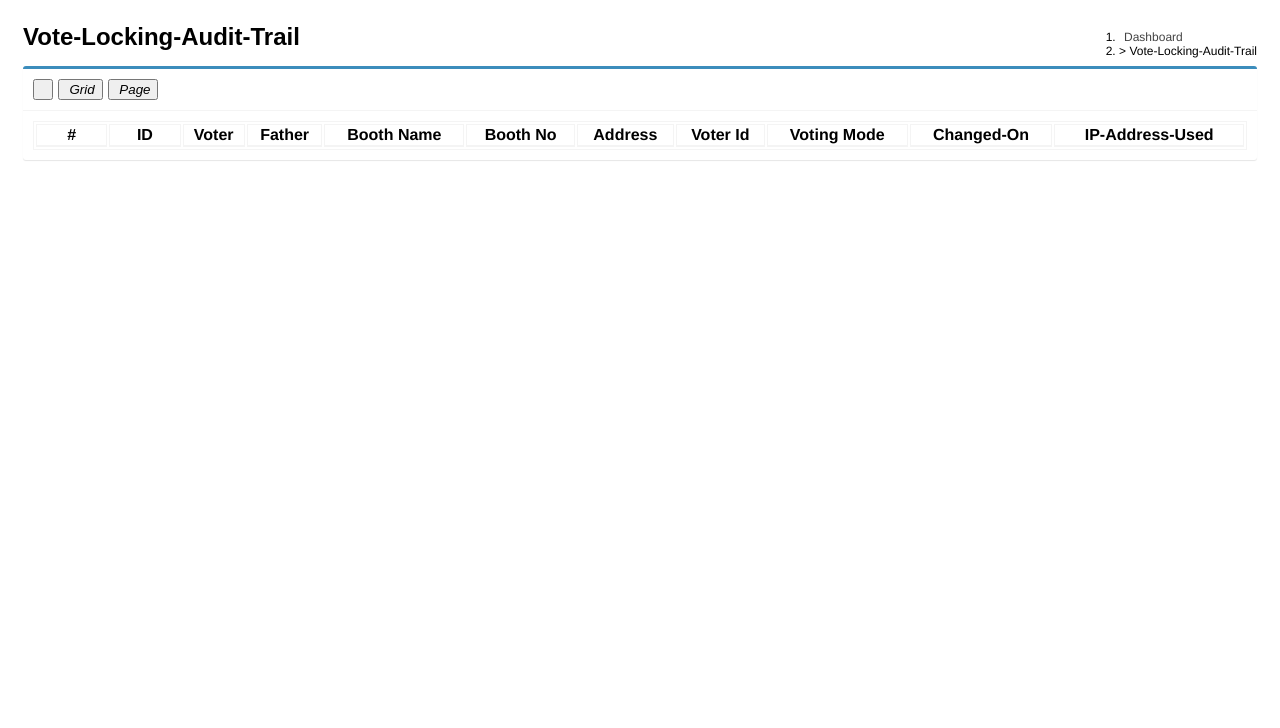
Repository: sanjeev167/IndiaOnLineVoting_3112020
Page: http://localhost/IndiaOnLineVoting/WEB-INF/jsp/voter/voteLockAuditTrail.jsp
The author's editor kept a copy of each file at every save. The page is drawn from the files as they stood at one save, then again after the next save.
The browser window is 1280 px wide. The pictures show the whole page.
The page is served by Tomcat 9. Nobody is signed in. Other server files are loaded and not shown. The template is opened directly, without the code that normally fills it, so the values that code supplies are empty.

Above is the page before, as saved 2020-10-29 13:55:50.

### IndiaOnLineVoting/src/main/webapp/WEB-INF/jsp/voter/voteLockAuditTrail.jsp

<!-- Content Header (Page header) -->
<section class="content-header">
	<h1>Vote-Locking-Audit-Trail</h1>
	<ol class="breadcrumb">
		<li><a href="#"><i class="fa fa-dashboard"></i> Dashboard</a></li>
		<li class="active">Vote-Locking-Audit-Trail</li>
	</ol>
</section>

<!-- Main content -->
<section class="content container-fluid">
	<div class="row">
		<div class="col-md-12">
			<div class="box box-primary ">
				<div class="box-header with-border">

					<div class="box-title">

						<button type="button">
							<i class="fa fa-search searchClass" data-toggle="modal">&nbsp;</i>
						</button>
						<button type="button" id="reloadGrid">
							<i class="fa fa-refresh">&nbsp;Grid</i>
						</button>
						<button type="button" id="refreshGrid">
							<i class="fa fa-refresh">&nbsp;Page</i>
						</button>
					</div>
				</div>

				<div class="box-body ">
					<table id="votersAuditTrailId" width="100%"
						class="table table-striped table-bordered table-hover table-condensed dt-responsive data-table">
						<thead>
							<tr>
								<th width="6%">#</th>
								<th width="6%">ID</th>
								<th>Voter</th>
								<th>Father</th>
								<th>Booth Name</th>
								<th>Booth No</th>
								<th>Address</th>
                                <th>Voter Id</th>
								<th>Voting Mode</th>
								<th>Changed-On</th>
								<th>IP-Address-Used</th>
							</tr>
						</thead>

					</table>
				</div>
				<!-- /.box-body -->
			</div>
			<!-- /.box -->
		</div>
		<!-- /.col -->
	</div>
</section>
<!-- /.content -->


<!-- jQuery 3  -->
<script
	src="https://ajax.googleapis.com/ajax/libs/jquery/3.4.1/jquery.min.js"></script>
<script
	src="https://maxcdn.bootstrapcdn.com/bootstrap/3.4.0/js/bootstrap.min.js"></script>


<!-- Theme style -->
<link rel="stylesheet" href="${contextPath}/resources/assets/dist/css/AdminLTE.min.css">
<script>
$(function () {

	//## Code for loading grid ##
	var t;
	function loadGrid(voterId) {
		t = $('#cityId').DataTable(
				{
					"responsive": true,
					"retrieve" : true,// used for refreshing
					"bAutoWidth" : true,
					//"scrollY" : '110vh',
					//"scrollCollapse" : true,
					"lengthMenu" : [ 5, 10, 15, 20 ],
					"processing" : true,
					"serverSide" : true,
					"ordering" : true,
					"searching" : true,
					"aaSorting" : [ [ 3, "asc" ], [ 4, "asc" ], [ 4, "asc" ] ],
					"ajax" : {

						"url" : "paginated?voterId=" + voterId,

						"type" : "POST",
					},

					"columns" : [
						{
							"searchable" : false,
							"orderable" : false,
							"targets" : 0,
							"render" : function(data, type, full, meta) {
								return meta.row + 1;// Will send row index
							}
						},


						{
							"data" : "id",
							"name" : "ID",
							"title" : "ID",
							"searchable" : false,
							"bVisible" : false, // used for hiding a column
						},
						{
							"data" : "Voter",
							"name" : "voter",
							"title" : "Voter"
						},
						{
							"data" : "father",
							"name" : "father",
							"title" : "Father"
						},
						{
							"data" : "boothName",
							"name" : "boothName",
							"title" : "Booth Name"
						},
						{
							"data" : "boothNo",
							"name" : "boothNo",
							"title" : "Booth No"
						},
						{
							"data" : "address",
							"name" : "address",
							"title" : "Address"
						},
						{
							"data" : "voterId",
							"name" : "voterId",
							"title" : "Voter Id"
						},
						{
							"data" : "changedOn",
							"name" : "changedOn",
							"title" : "Changed-On"
						},
						{
							"data" : "ipAdd",
							"name" : "ipAdd",
							"title" : "IP"
						}

						]
				});


	}// End of loading grid



});
</script>

Loaded but not shown: IndiaOnLineVoting/src/main/webapp/resources/assets/dist/css/AdminLTE.min.css (library)

After the next save:
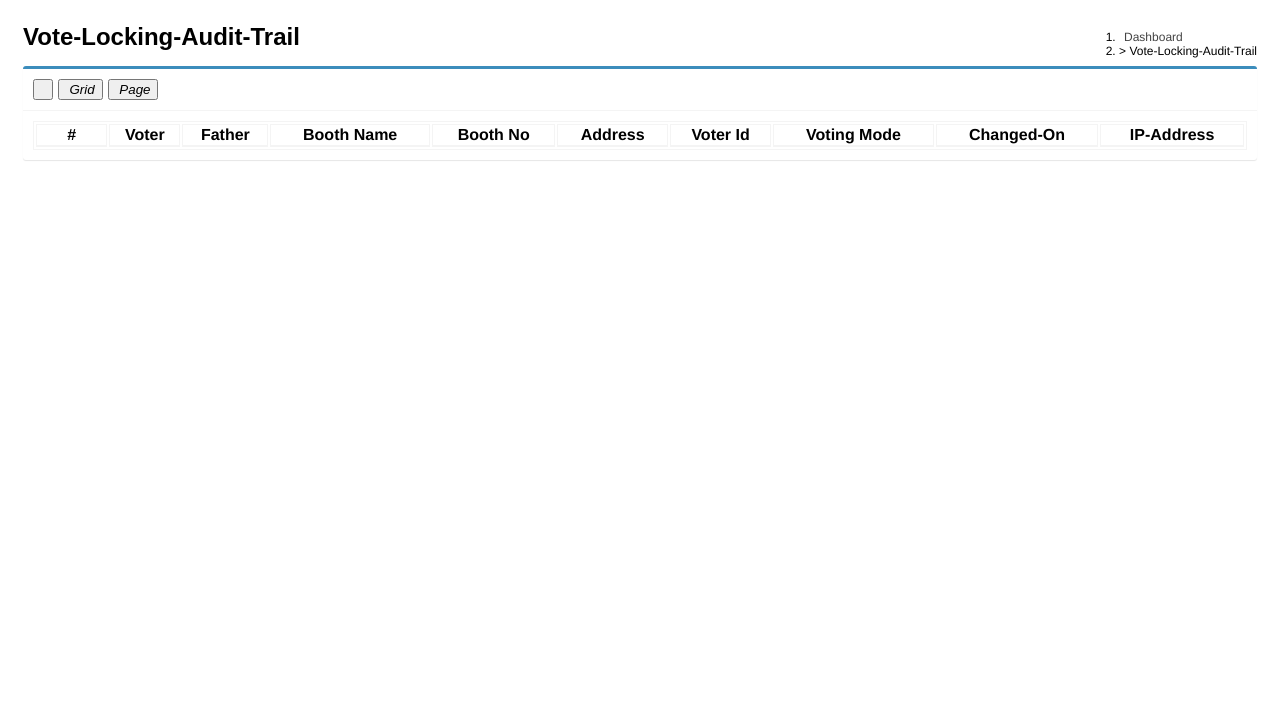
Saved 106 s later.
--- a/IndiaOnLineVoting/src/main/webapp/WEB-INF/jsp/voter/voteLockAuditTrail.jsp
+++ b/IndiaOnLineVoting/src/main/webapp/WEB-INF/jsp/voter/voteLockAuditTrail.jsp
@@ -35,7 +35,6 @@
 						<thead>
 							<tr>
 								<th width="6%">#</th>
-								<th width="6%">ID</th>
 								<th>Voter</th>
 								<th>Father</th>
 								<th>Booth Name</th>
@@ -44,7 +43,7 @@
                                 <th>Voter Id</th>
 								<th>Voting Mode</th>
 								<th>Changed-On</th>
-								<th>IP-Address-Used</th>
+								<th>IP-Address</th>
 							</tr>
 						</thead>
 
@@ -75,7 +74,7 @@ $(function () {
 	//## Code for loading grid ##
 	var t;
 	function loadGrid(voterId) {
-		t = $('#cityId').DataTable(
+		t = $('#votersAuditTrailId').DataTable(
 				{
 					"responsive": true,
 					"retrieve" : true,// used for refreshing
@@ -141,7 +140,7 @@ $(function () {
 						{
 							"data" : "voterId",
 							"name" : "voterId",
-							"title" : "Voter Id"
+							"title" : "VoterId"
 						},
 						{
 							"data" : "changedOn",
